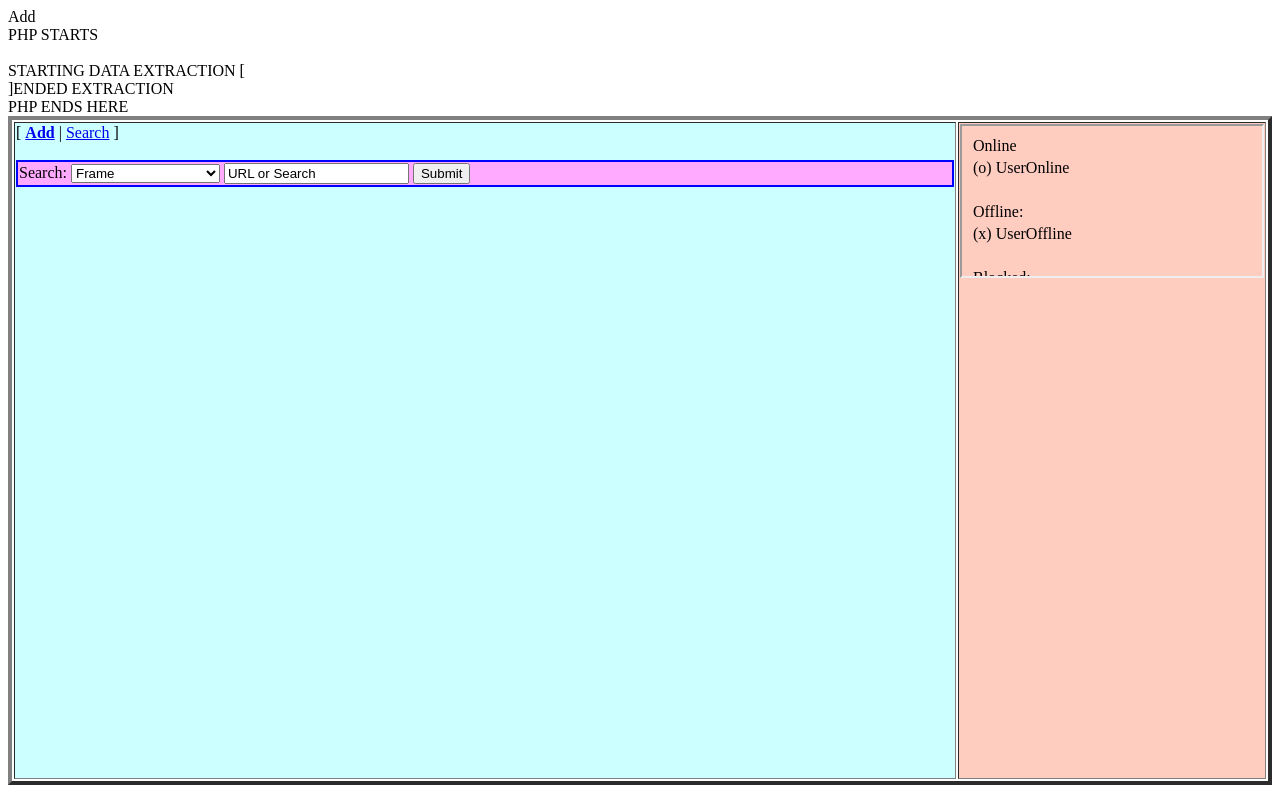
Repository: nevinleiby/SwapRC
Page: http://localhost/add_interface.php
These files come from the project's save history. The page is drawn as it stood at one moment and after the next save; the edit follows.
The browser window is 1280 px wide. The pictures show the whole page.
The page is run by PHP 8.4 with error messages shown; the project is at /var/www/html/. Queries for data that is not in the repository find no rows.

Above is the page before, as saved 2019-09-09 01:33:21.

After the next save:
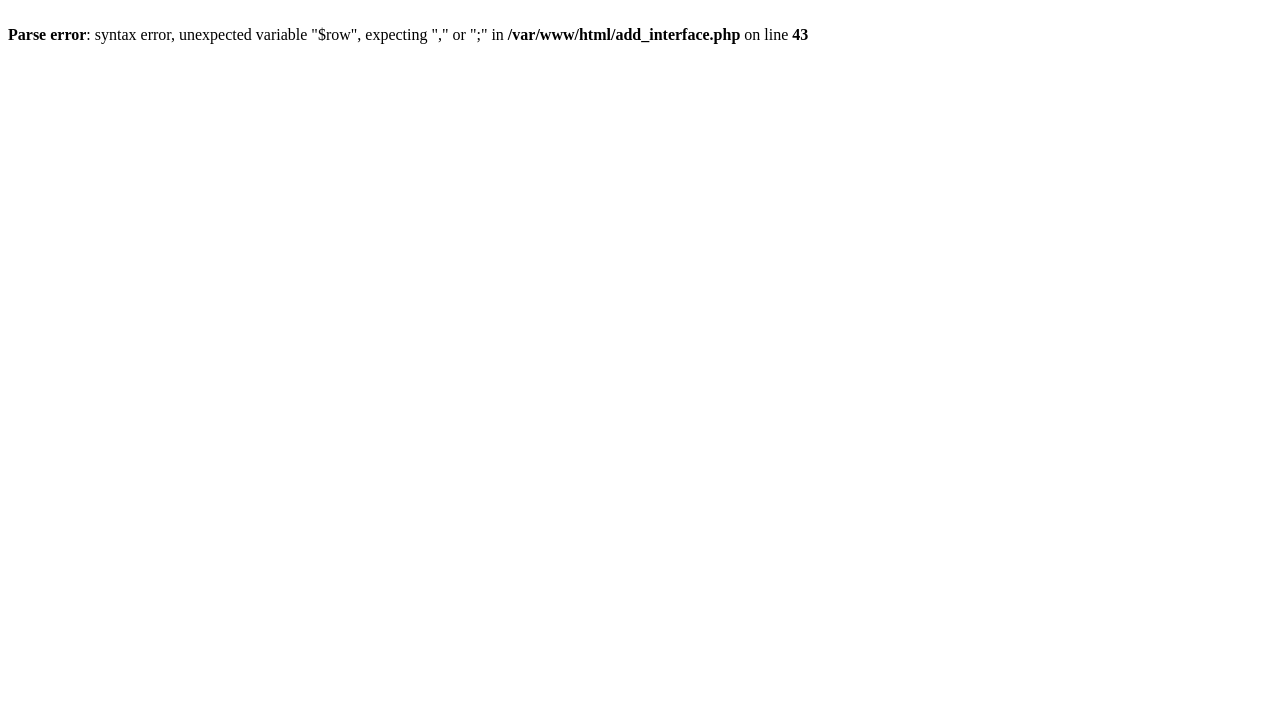
Saved 34 s later.
--- a/add_interface.php
+++ b/add_interface.php
@@ -40,6 +40,7 @@
                     $row = $result->fetch_array(MYSQLI_ASSOC);
 
                     echo "((" . htmlspecialchars($row['frequency']) . '))<br>';
+                    echo print_f $row;
                     //$r0 = htmlspecialchars($row[1]);
                     //echo $r0;
                 }

After the save that followed:
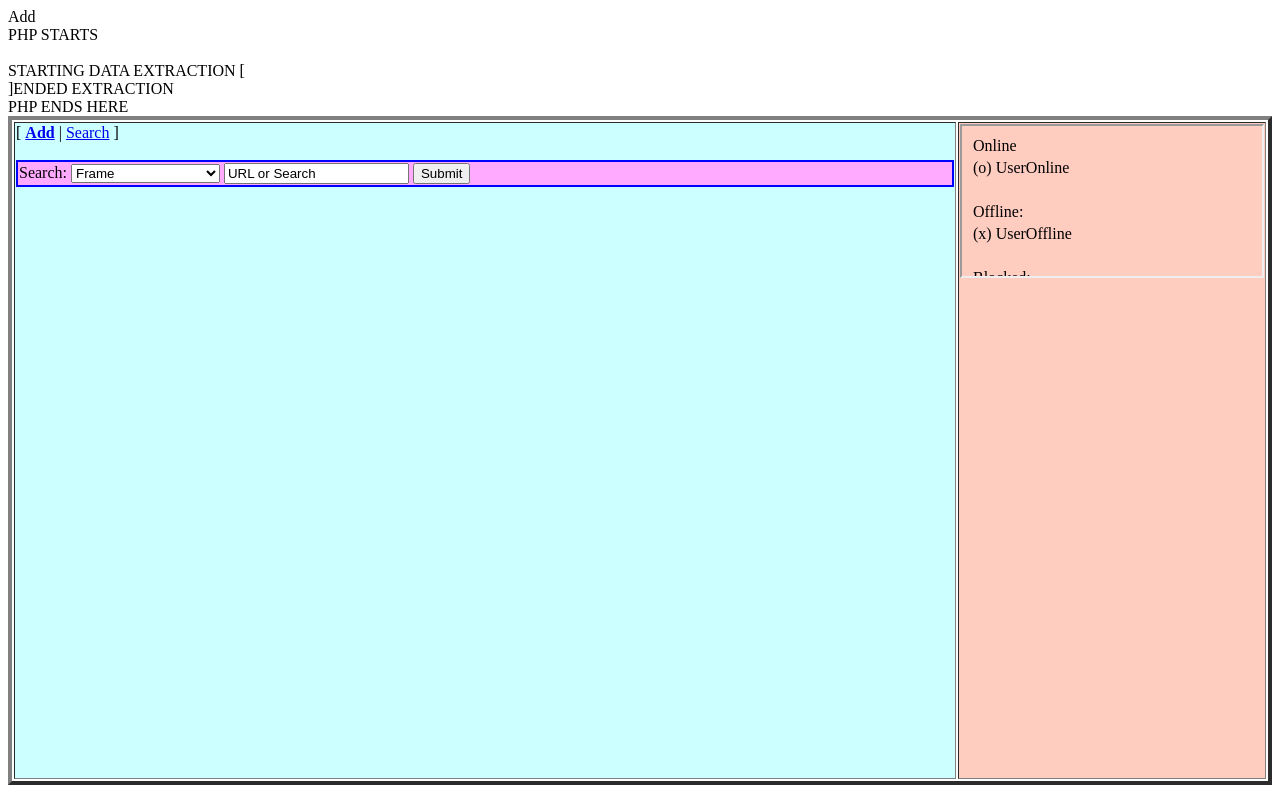
Saved 15 s later.
--- a/add_interface.php
+++ b/add_interface.php
@@ -40,7 +40,7 @@
                     $row = $result->fetch_array(MYSQLI_ASSOC);
 
                     echo "((" . htmlspecialchars($row['frequency']) . '))<br>';
-                    echo print_f $row;
+                    echo print_f($row);
                     //$r0 = htmlspecialchars($row[1]);
                     //echo $r0;
                 }
